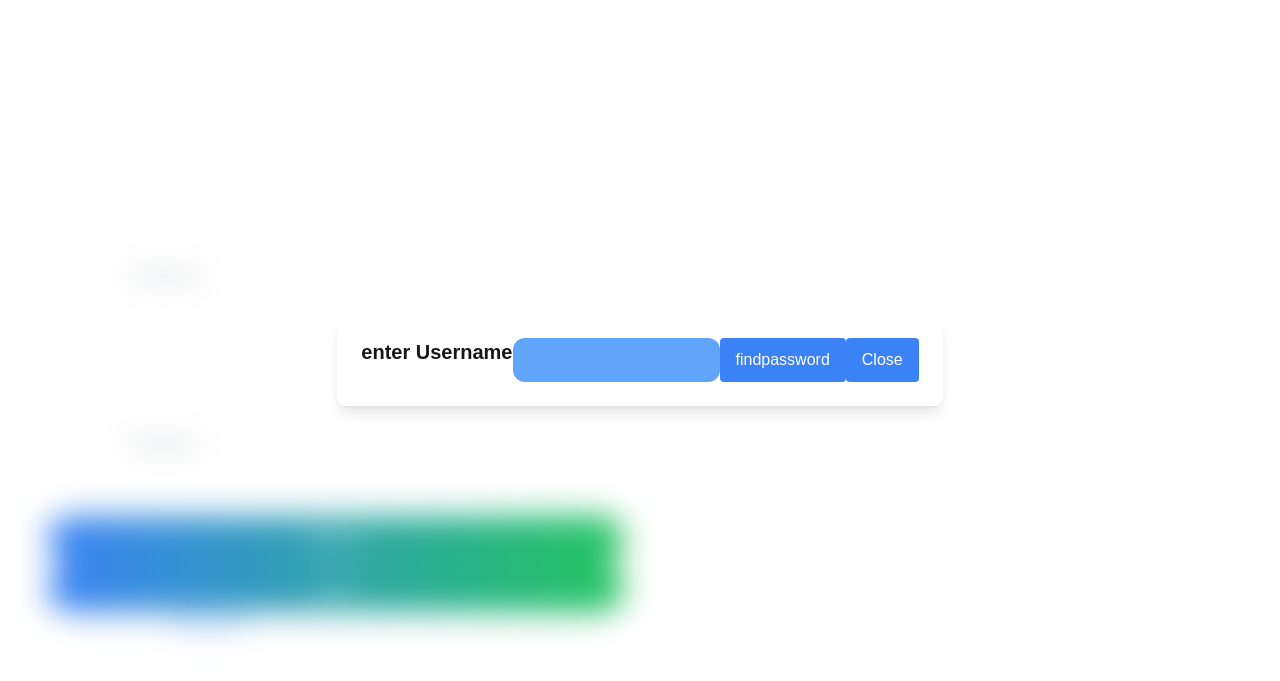
Repository: oxniw/usingmoney
Page: /signin, after clicking the first element matching `span.text-blue-500`
The author's editor kept a copy of each file at every save. The page is drawn from the files as they stood at one save, then again after the next save.
The browser window is 1280 px wide. The pictures show the whole page.
The project was rebuilt for these pictures with package versions that can differ from the ones it lists, and the page was loaded fresh each time. The framework's server and built-in components were replaced by stand-ins that run in the browser. Also part of the build but not shown: next.config.ts. Imported but missing from the stored project, and not drawn on this page: components/ui/wavy-background.

Above is the page before, as saved 2025-04-09 18:57:51.

After the next save:
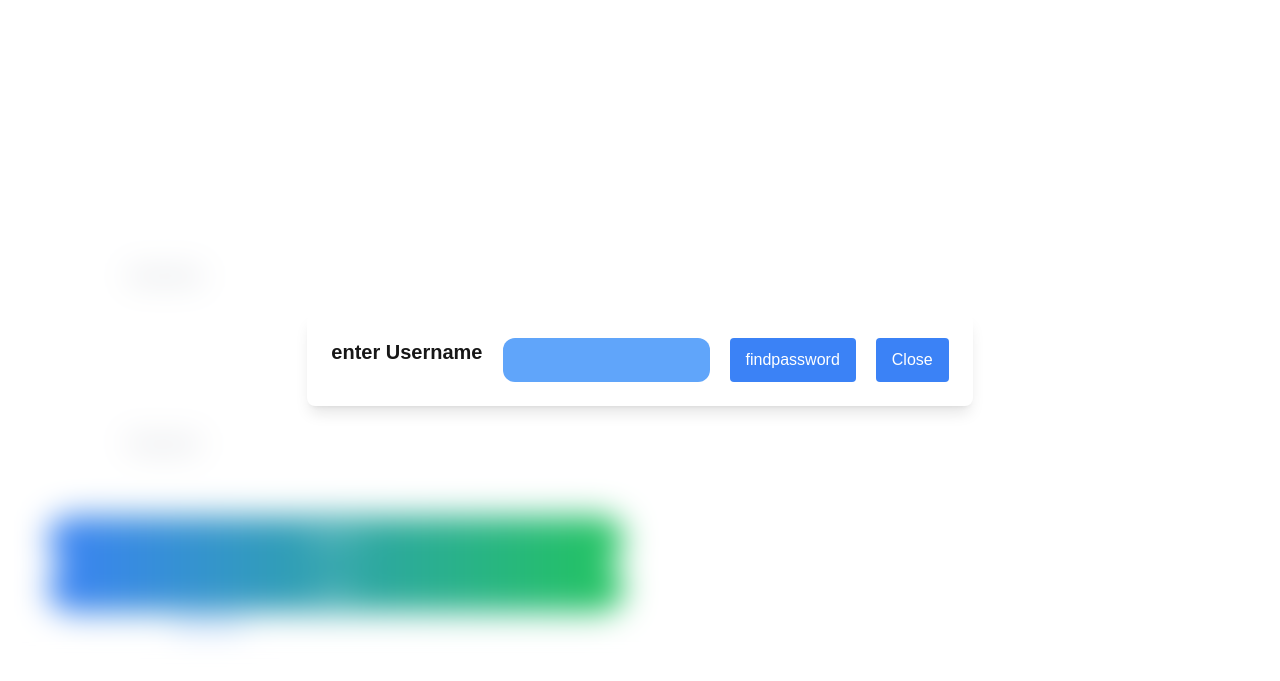
Saved 9 s later.
--- a/src/app/signin/opop.jsx
+++ b/src/app/signin/opop.jsx
@@ -17,7 +17,7 @@ function opoup({ onClose }) {
     }
   return (
     <div className={`fixed inset-0 flex items-center justify-center z-50 shadow-lg bg-gradient-to-r bg-opacity-10 backdrop-blur-lg transition-all duration-300 fadein ${fadeOut ? "opacity-0" : "opacity-100"} `}>
-      <div className="bg-white p-6 rounded-lg shadow-lg text-center flex">
+      <div className="bg-white p-6 rounded-lg shadow-lg text-center flex gap-5">
         <h2 className="text-xl font-bold mb-4">enter Username</h2>
         <input type="text" className="bg-blue-400 rounded-xl"/>
         <button
